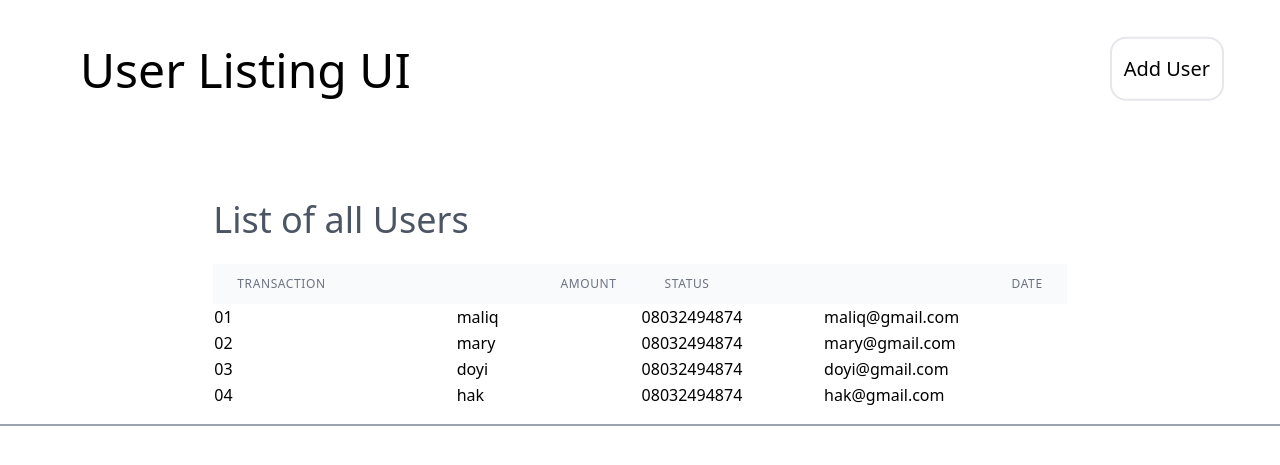
Repository: Marlstergo/listings
Page: / (app in client/)
These files come from the project's save history. The page is drawn as it stood at one moment and after the next save; the edit follows.
The browser window is 1280 px wide. The pictures show the whole page.
The project was rebuilt for these pictures with package versions that can differ from the ones it lists, and the page was loaded fresh each time. Also part of the build but not shown: client/craco.config.js, client/src/components/Loader.js, client/src/components/Order.js, client/src/components/Modal.js. Imported but missing from the stored project, and not drawn on this page: client/src/components/Base, client/src/components/Toppings.

Above is the page before, as saved 2021-07-21 09:36:00.

### client/src/index.js
/* eslint-disable no-unused-vars */
import React from "react";
import ReactDOM from "react-dom";
import "./index.css";
import App from "./App";
import reportWebVitals from "./reportWebVitals";
import { BrowserRouter } from "react-router-dom";
import { Provider } from "react-redux";
import { store } from "./redux/store";
import { PersistGate } from "redux-persist/integration/react";
import { persistor } from "./redux/store";

ReactDOM.render(
  <React.StrictMode>
    <Provider store={store}>
      <BrowserRouter>
        <PersistGate persistor={persistor}>
          <App />
        </PersistGate>
      </BrowserRouter>
    </Provider>
  </React.StrictMode>,
  document.getElementById("root")
);

// If you want to start measuring performance in your app, pass a function
// to log results (for example: reportWebVitals(console.log))
// or send to an analytics endpoint. Learn more: https://bit.ly/CRA-vitals
reportWebVitals();

### client/src/App.js
import React, { useState } from 'react';
import { Route, Switch, useLocation } from "react-router-dom";
import Header from './components/Header';
import Home from './components/Home';
import Base from './components/Base';
import Toppings from './components/Toppings';
import Order from './components/Order';
import Modal from './components/Modal';
import { AnimatePresence } from 'framer-motion';

function App() {
  const location = useLocation();
  const showModal = true;

  return (
    <>
      <Header />
      {/* <Modal showModal={showModal} /> */}
      <AnimatePresence exitBeforeEnter>
        <Switch location={location} key={location.key}>
          <Route path="/">
            <Home />
          </Route>
          <Route path="/createUpdateUser">
            <Toppings />
          </Route>
          <Route path="/order">
            <Order />
          </Route>
          <Route path="/">
            <Home />
          </Route>
        </Switch>
      </AnimatePresence>

    </>
  );
}

export default App;

### client/src/redux/store.js
import { createStore, applyMiddleware } from "redux";
import { logger } from 'redux-logger';
import {persistStore} from 'redux-persist';
// import thunk from 'redux-thunk'
import createSagaMiddleware from 'redux-saga'

import rootSaga from './root-sagas'

import rootReducer from './root-reducer';

const sagaMiddleware = createSagaMiddleware()

const middleware = [sagaMiddleware];

if( process.env.NODE_ENV === 'development'){
    middleware.push(logger)
}

export const store = createStore(rootReducer, applyMiddleware(...middleware))

sagaMiddleware.run(rootSaga)

export const persistor = persistStore(store)

export default (store, persistor);

### client/src/components/Header.js
import React from "react";
import { motion } from "framer-motion";

const svgVariants = {
  hidden: { rotate: -180 },
  visible: {
    rotate: 0,
    transition: { duration: 1 },
  },
};

const pathVariants = {
  hidden: {
    opacity: 0,
    pathLength: 0,
  },
  visible: {
    opacity: 1,
    pathLength: 1,
    transition: {
      duration: 2,
      ease: "easeInOut",
    },
  },
};

const buttonVariants = {
  show: {
    y: [0, -20],
    x: 0,
    textShadow: "0px 0px 8px rgb(255,255,255)",
    boxShadow: "0px 0px 8px rgb(255,255,255)",
    transition: {
      duration: 0.3,
      yoyo: Infinity,
      ease: 'easeOut'
    },
  },
};

const Header = () => {
  return (
    <header className="flex p-14 w-screen justify-between  items-center">
      {/* <motion.div
        className="logo"
        drag
        dragConstraints={{ left: 0, top: 0, right: 0, bottom: 0 }}
        dragElastic={0.7}
      >

      </motion.div> */}
      <motion.div
        className=" flex justify-between w-full ml-6 text-xs"
        initial={{ y: -250 }}
        animate={{ y: -10 }}
        transition={{ delay: 0.2, type: "spring", stiffness: 120 }}
      >
        <h1 className=" pb-4 text-5xl">User Listing UI</h1>
        <motion.button variants={buttonVariants} whileHover="hover"
        animate="show"
        className="text-xl border-2 px-3 rounded-2xl"
        >
          Add User
        </motion.button>
      </motion.div>
    </header>
  );
};

export default Header;

### client/src/components/Home.js
import React from "react";
import { Link } from "react-router-dom";
import { motion } from "framer-motion";
import Loader from "./Loader";
import UserRow from "./UserRow";



const containerVariants = {
  hidden: {
    opacity: 0,
  },
  visible: {
    opacity: 1,
    transition: { delay: 1.5, duration: 1.5 },
  },
  exit: {
    x: "-100vh",
    transition: { ease: "easeInOut" },
  },
};
const buttonVariants = {
  hover: {
    scale: 1.1,
    textShadow: "0px 0px 8px rgb(255,255,255)",
    boxShadow: "0px 0px 8px rgb(255,255,255)",
    transition: {
      duration: 0.3,
      yoyo: Infinity
    }
  }
}
const users = [
  {
    id: '01',
    name: "maliq",
    email: "maliq@gmail.com",
    phone: '08032494874'
  },
  {
    id: '02',
    name: "mary",
    email: "mary@gmail.com",
    phone: '08032494874'
  },
  {
    id: '03',
    name: "doyi",
    email: "doyi@gmail.com",
    phone: '08032494874'
  },
  {
    id: '04',
    name: "hak",
    email: "hak@gmail.com",
    phone: '08032494874'
  },
];
const Home = () => {
  return (
    <motion.div
      className="  pb-4 mb-4 border-b-2 border-gray-400 flex flex-col items-center"
      variants={containerVariants}
      initial="hidden"
      animate="visible"
      exit="exit"
    >
      <div className="w-2/3 ">
        <h1 className="text-gray-600 py-6 text-4xl">List of all Users</h1>

        <table className="min-w-full divide-y divide-gray-200">
          <thead>
            <tr>
              <th className="px-6 py-3 bg-gray-50 text-left text-xs font-medium text-gray-500 uppercase tracking-wider">
                Transaction
              </th>
              <th className="px-6 py-3 bg-gray-50 text-right text-xs font-medium text-gray-500 uppercase tracking-wider">
                Amount
              </th>
              <th className=" px-6 py-3 bg-gray-50 text-left text-xs font-medium text-gray-500 uppercase tracking-wider">
                Status
              </th>
              <th className="px-6 py-3 bg-gray-50 text-right text-xs font-medium text-gray-500 uppercase tracking-wider">
                Date
              </th>
            </tr>
            {
              users.map((user) =>(
                <UserRow name={user.name} id={user.id} email={user.email} phone={user.phone} />
              ))
            }
          </thead>
        </table>
      </div>
    </motion.div>
  );
};

export default Home;

### client/src/redux/root-sagas.js
import {all, call} from 'redux-saga/effects'
import {userSagas} from './user/user.sagas'


export default function* rootSaga(){
    yield all([
        call(userSagas),
    ])
}

### client/src/redux/root-reducer.js
import {combineReducers} from 'redux'
import userReducer from './user/user.reducer'
// import cartReducer from './cart/cart.reducer'
import {persistReducer} from 'redux-persist'
import storage from 'redux-persist/lib/storage'
// import directoryReducer from './directory/directory.reducer'
// import shopReducer from './shop/shop.reducer'

const persistConfig ={
    key: 'root',
    storage,
    whitelist: ['' ]
}
const rootReducer = combineReducers({
    user: userReducer,

})
export default persistReducer(persistConfig, rootReducer)

### client/src/components/UserRow.jsx
import React from "react";

const UserRow = ({id, name, phone, email}) => {
  console.log(phone)
  return (
    <tr>
      <td>{id}</td>
      <td>{name}</td>
      <td>{phone}</td>
      <td>{email}</td>
    </tr>
  );
};

export default UserRow;

### client/src/redux/user/user.sagas.js
import { all, call, put, takeLatest } from "redux-saga/effects";

import UserActionTypes from "./user.types";
import { loadUserDetail } from "./user.action";
// import axios from "axios";
// import { getUserDetailsURL } from "../../components/stringConstants";

export function* getDetails() {
  yield console.log("i fired");

  // try {
  //   console.log("inside try");

  //   const res = yield axios.get(getUserDetailsURL);
  //   const data = yield res.data;
  //   console.log(res);
  //   yield put(loadUserDetail(data ? data.data[0] : {}));
  // } catch (err) {
  //   console.log(err.response);
  //   if (err.response && err.response.statusText === "Not Found") {
  //     // console.log("");
  //     window.location.href = "/profile/settings?newUser=0837";
  //   }
  // }
}

export function* getUserDetails() {
  yield takeLatest(UserActionTypes.GET_USER_DETAIL, getDetails);
}
// export function* loadUserDetails(){
//     yield takeLatest(UserActionTypes.LOAD_USER_DETAIL, loadDetails)
// }

export function* userSagas() {
  yield all([call(getUserDetails)]);
}

### client/src/redux/user/user.reducer.js
import UserActionTypes from "./user.types";
const INITIAL_STATE = {
  // currentUser: null,
  userDetail: {},
  demo: 'i am demo',
  location: null

};
const userReducer = (state = INITIAL_STATE, action) => {
  switch (action.type) {

    case UserActionTypes.LOAD_USER_DETAIL:
      return {
        ...state,
        userDetail: action.payload,
      };

    case UserActionTypes.COLLECT_GEOLOCATION:
      return {
        ...state,
        location: action.payload
      }
    default:
      return state;
  }
};

export default userReducer;

### client/src/redux/user/user.types.js
const UserActionTypes ={
    GOOGLE_SIGN_IN_START : 'GOOGLE_SIGN_IN_START',
    SIGN_IN_SUCCESS : 'SIGN_IN_SUCCESS',
    SIGN_IN_FAILURE : 'SIGN_IN_FAILURE',
    GET_USER_DETAIL: 'GET_USER_DETAIL',
    LOAD_USER_DETAIL: 'LOAD_USER_DETAIL',
    COLLECT_GEOLOCATION: 'COLLECT_GEOLOCATION',
    FETCH_GEOLOCATION: 'FETCH_GEOLOCATION'
}
export default UserActionTypes;

### client/src/redux/user/user.action.js
import UserActionTypes from './user.types'



// export const googleSignInStart = () => ({
//     type: UserActionTypes.GOOGLE_SIGN_IN_START
// })

// export const signInSuccess = (user) => ({
//     type: UserActionTypes.SIGN_IN_SUCCESS,
//     payload: user
// })

export const getUserDetail = () => ({
    type: UserActionTypes.GET_USER_DETAIL,

})
export const loadUserDetail = (details) => ({
    type: UserActionTypes.LOAD_USER_DETAIL,
    payload: details
})

export const fetchGeoloction = () => ({
    type: UserActionTypes.FETCH_GEOLOCATION
})
export const collectGeolocation = (location) => ({
    type: UserActionTypes.COLLECT_GEOLOCATION,
    payload: location
})
// })

### client/tailwind.config.js
  // tailwind.config.js
  module.exports = {
    // mode:'jit',
    purge: ['./src/**/*.{js,jsx,ts,tsx}', './public/index.html'],
     darkMode: false, // or 'media' or 'class'
     theme: {
       extend: {},
     },
     variants: {
       extend: {},
     },
     plugins: [],
   }

Loaded but not shown: client/public/index.html (common file); client/src/index.css (common file); client/src/reportWebVitals.js (common file)

After the next save:
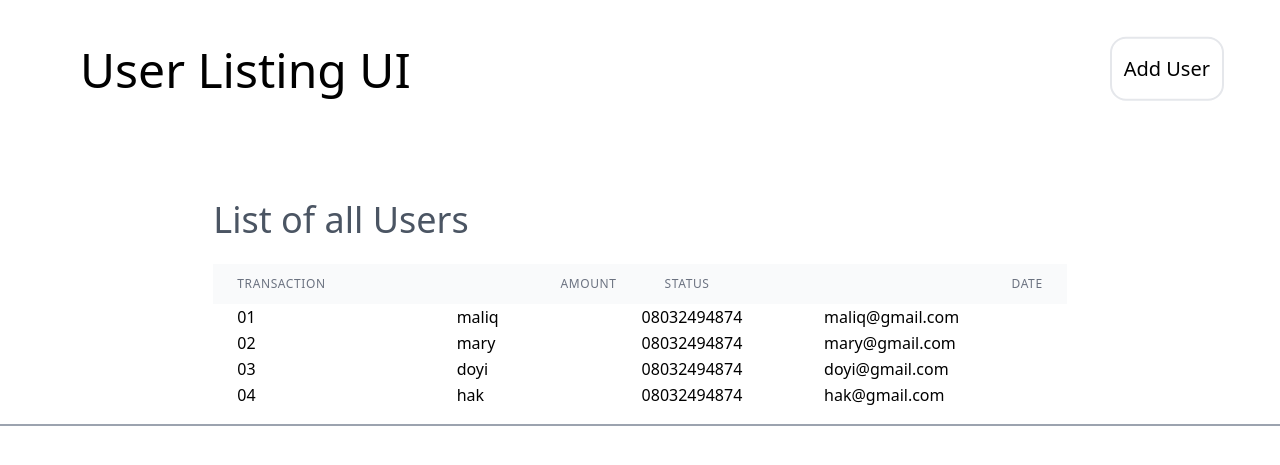
Saved 66 s later.
--- a/client/src/components/UserRow.jsx
+++ b/client/src/components/UserRow.jsx
@@ -4,7 +4,7 @@ const UserRow = ({id, name, phone, email}) => {
   console.log(phone)
   return (
     <tr>
-      <td>{id}</td>
+      <td className="px-6">{id}</td>
       <td>{name}</td>
       <td>{phone}</td>
       <td>{email}</td>
